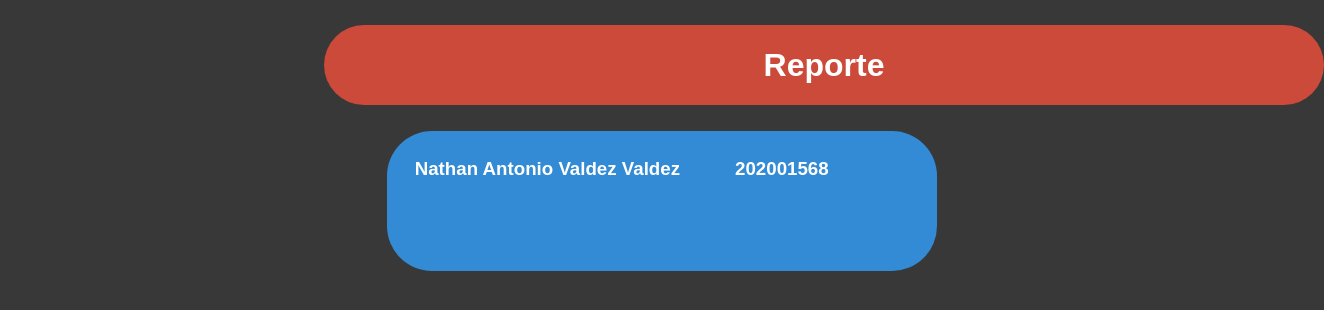
Repository: nathanvdev/LFP_PR_202001568
Page: plantilla.html
The author's editor kept a copy of each file at every save. The page is drawn from the files as they stood at one save, then again after the next save.
The browser window is 1280 px wide. The page is 1324 px wide, so the pictures cover 1324 px, including what lies to the right of the window. The pictures show the whole page.

Above is the page before, as saved 2022-02-19 18:54:01.

After the next save:
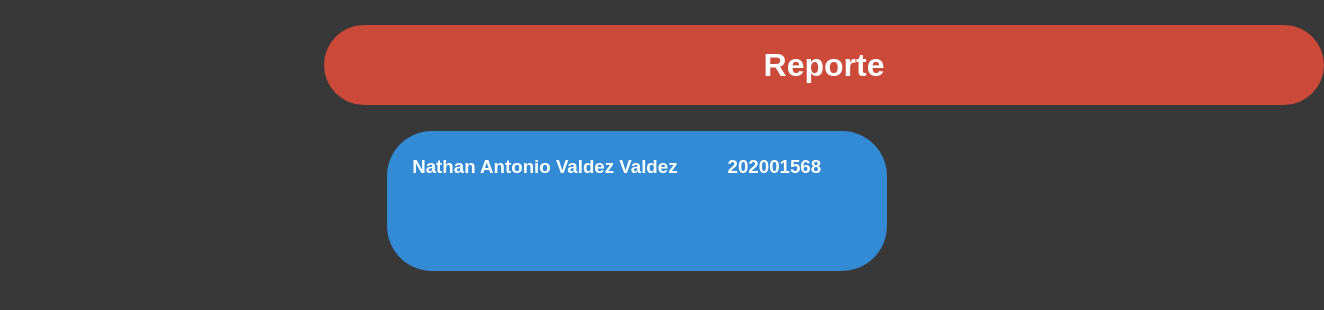
Saved 4 s later.
--- a/plantilla.html
+++ b/plantilla.html
@@ -26,7 +26,7 @@
     .PersonalInfo{
         background-color: rgb(50, 139, 212);
         height: 140px;
-        width: 550px;
+        width: 500px;
         margin: 2%;
         margin-left: 30%;
         border-radius: 45px;
